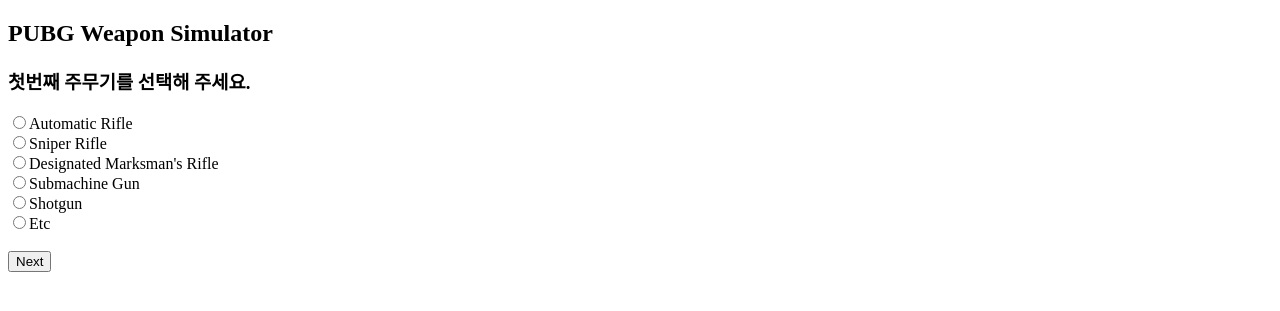
Repository: Tak-kuen/18-2
Page: http://localhost/1501163-report1/1_Start.jsp
An editor plug-in stored every save of this project. The page is shown before and after the next save, followed by the edit.
The browser window is 1280 px wide. The pictures show the whole page.
The page is served by Tomcat 9.

Above is the page before, as saved 2018-09-07 04:58:28.

### code/1501163-report1/WebContent/1_Start.jsp
<%@ page language="java" contentType="text/html; charset=UTF-8"
    pageEncoding="UTF-8"%>
<!DOCTYPE html>
<html>
<head>
<meta charset="UTF-8">
<title>1501163_firstpage</title>
</head>
<body>
<h2>PUBG Weapon Simulator</h2>
<h3>첫번째 주무기를 선택해 주세요.</h3>
<form action="weaponSelect.jsp" method="post">
<input name="category" type="radio" value="ar" >Automatic Rifle<br/>
<input name="category" type="radio" value="sr">Sniper Rifle<br/>
<input name="category" type="radio" value="dmr">Designated Marksman's Rifle<br/>
<input name="category" type="radio" value="smg">Submachine Gun<br/>
<input name="category" type="radio" value="sg">Shotgun<br/>
<input name="category" type="radio" value="etc">Etc<br/>
<br/>
<input type="submit" value="Next">

</form>
</body>
</html>

After the next save:
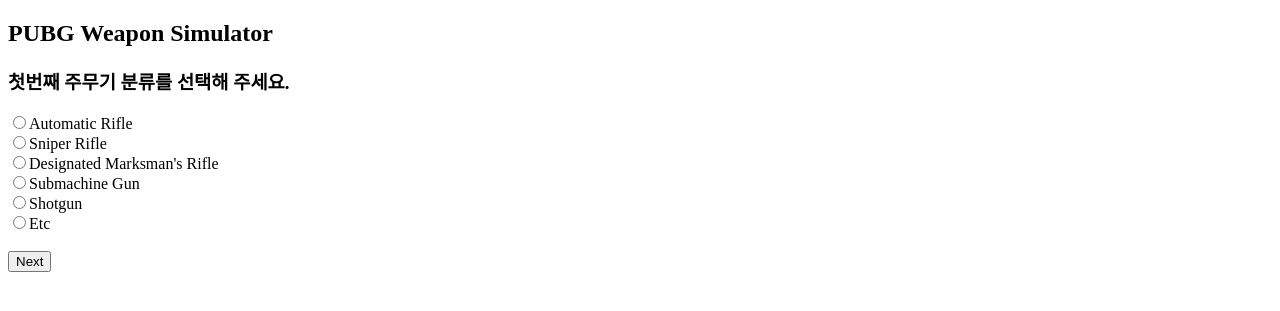
Saved 22 s later.
--- a/code/1501163-report1/WebContent/1_Start.jsp
+++ b/code/1501163-report1/WebContent/1_Start.jsp
@@ -8,7 +8,7 @@
 </head>
 <body>
 <h2>PUBG Weapon Simulator</h2>
-<h3>첫번째 주무기를 선택해 주세요.</h3>
+<h3>첫번째 주무기 분류를 선택해 주세요.</h3>
 <form action="weaponSelect.jsp" method="post">
 <input name="category" type="radio" value="ar" >Automatic Rifle<br/>
 <input name="category" type="radio" value="sr">Sniper Rifle<br/>
